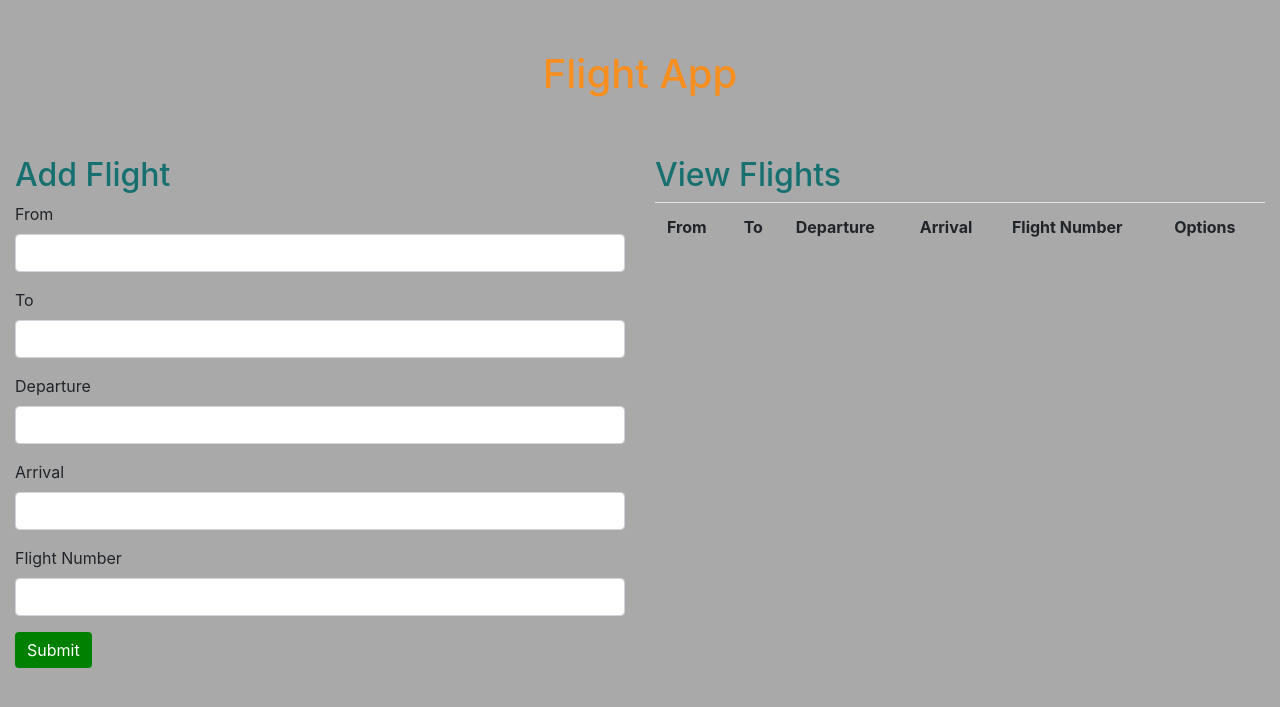
Repository: OperationKen/FlightAPI
Page: flight-api/src/main/webapp/flight/index.html
The author's editor kept a copy of each file at every save. The page is drawn from the files as they stood at one save, then again after the next save.
The browser window is 1280 px wide. The pictures show the whole page.
The page's requests for data from a server got no answer.

Above is the page before, as saved 2021-08-04 23:54:47.
Console error (its wording comes from the project's code and is left out).

### flight-api/src/main/webapp/flight/index.html
<!DOCTYPE html>
<html>
    <head>
        <title>Flight</title>
        <link rel="stylesheet" href="https://cdn.jsdelivr.net/npm/bootstrap@4.5.3/dist/css/bootstrap.min.css" integrity="sha384-TX8t27EcRE3e/ihU7zmQxVncDAy5uIKz4rEkgIXeMed4M0jlfIDPvg6uqKI2xXr2" crossorigin="anonymous">
        <link rel="stylesheet" href="styles.css" />
        <style>
            #flight-list {
                background-color: #3b444b;
            }
            .boxes {
                padding: 50px;
            }
            .submit-button{
                background-color: green;
                border: black;
            }
            .delete-button{
                background-color: #bf0000;
                border: black;
            }
            .edit-button{
                background-color: #1E90FF;
                border: black;
            }
        </style>
    </head>
    <body style="background-color:darkgrey;">
        </body>
    <body>
        <div class="container-fluid">
            <div><h1>Flight App</h1></div>
            <div class="row">
                <div class="col-lg-6">
                    <h2>Add Flight</h2>
                    <form id="add-flight" method="post" action ="/flight-api/flight">
                        <div class="form-group">
                            <label>From</label>
                            <input class="form-control" id="fromAirport" type="text" />
                        </div>
                        <div class="form-group">
                            <label>To</label>
                            <input class="form-control" id="toAirport" type="text" />
                        </div>
                        <div class="form-group">
                            <label>Departure</label>
                            <input class="form-control" id="departure" type="text" />
                        </div>
                        <div class="form-group">
                            <label>Arrival</label>
                            <input class="form-control" id="arrival" type="text" />
                        </div>
                        <div class="form-group">
                            <label>Flight Number</label>
                            <input class="form-control" id="flightNumber" type="text" />
                        </div>
                        <div>
                            <input class="btn btn-primary submit-button" type="submit" value="Submit" />
                        </div>
                    </form>
                </div>
                <div id="flight-data" class="col-lg-6">
                    <h2>View Flights</h2>
                    <table class="table" id="flight-data">
                        <tr><th>From</th><th>To</th><th>Departure</th><th>Arrival</th><th>Flight Number</th><th>Options</th></tr>
                        <tbody id = "flightTable">
                            <!-- Function to GET and populate table -->
                        </tbody>
                    </table>
                </div>
            </div>
        </div>
        </body>
    <script type="text/javascript">

        //Add in the Element
    	document.getElementById('add-flight').addEventListener('submit', function(){
            event.preventDefault();
    		var to_form = document.getElementById('toAirport').value;
    		var from_form = document.getElementById('fromAirport').value;
    		var depart_form = document.getElementById('departure').value;
    		var arrive_form = document.getElementById('arrival').value;
    		var flightNum_form = document.getElementById('flightNumber').value;
    		var flight = {
                toAirport: to_form,
                fromAirport: from_form,
                departure: depart_form,
                arrival: arrive_form,
                flightNumber: flightNum_form
    		};
            console.log('Send: ' + flight);
            var xhr = new XMLHttpRequest;
            xhr.onreadystatechange = function(){
                if(xhr.readyState === 4 && xhr.status === 201){
                    window.alert('Success!');
                }
            }
            xhr.open('POST', '/flight-api/flight');
            xhr.send(JSON.stringify(flight));
    	});

        window.onload = function(){
            let xhr = new XMLHttpRequest();
            xhr.onreadystatechange = function(response){
                if(xhr.readyState === 4){
                    console.log(xhr.responseText)
                    var flightArray = JSON.parse(xhr.responseText)
                    flightArray.forEach(flight => {
                        addFlightsRecordToTable(flight)
                    })
                }
            }
            xhr.open('GET', '/flight-api/flight');
            xhr.send();

            function addFlightsRecordToTable(flight){
                var table = document.getElementById('flightTable')
                var row = `<tr id = "${flight.id}">
                                <td>${flight.fromAirport}</td>
                                <td>${flight.toAirport}</td>
                                <td>${flight.departure}</td>
                                <td>${flight.arrival}</td>
                                <td>${flight.flightNumber}</td>
                                <td><input type="button" value="Delete Row" class="btn btn-primary delete-button" onclick="DeleteRowFunc(${flight.id})"> <input type="button" value="EditThis" class="btn btn-primary edit-button" onclick="editDisplay(${flight.id})"></td>
                           </tr>`
                    table.innerHTML += row
            }
        }

        function DeleteRowFunc(id){
            document.getElementById(id).remove();
            console.log('Delete: ' + id);
            var xhr = new XMLHttpRequest;
            xhr.onreadystatechange = function(){
                if(xhr.readyState === 4 && xhr.status === 201){
                    window.alert('Success Deleteo!');
                }
            }
            xhr.open('DELETE', '/flight-api/flight');
            xhr.send(JSON.stringify(id));
        }

        function editDisplay(id){
            console.log("epic");
            document.getElementById(id)
            location.reload(); //reload the table with new data
        }
        </script>
</html>

### flight-api/src/main/webapp/flight/styles.css
h1 {
    color: #f78f20;
    text-align: center;
    padding: 50px;
}
h2 {
    color:#177070;
}

After the next save:
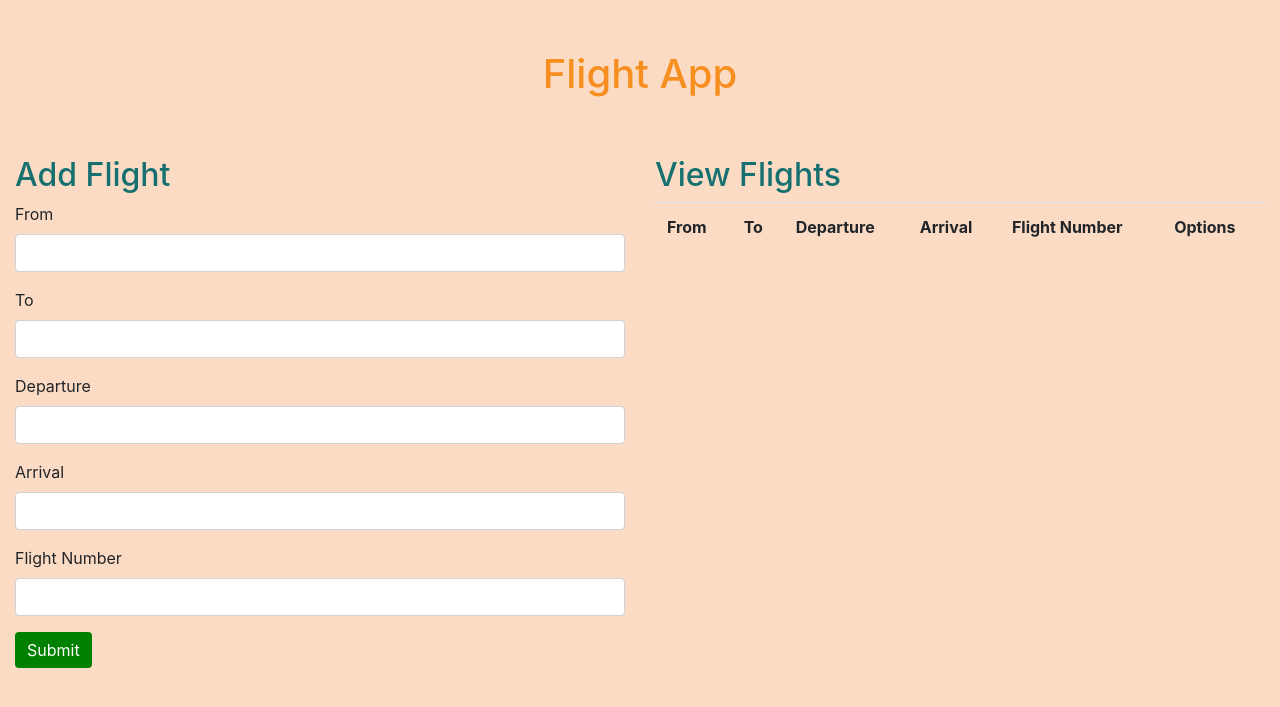
Saved 92 s later.
--- a/flight-api/src/main/webapp/flight/index.html
+++ b/flight-api/src/main/webapp/flight/index.html
@@ -25,7 +25,7 @@
             }
         </style>
     </head>
-    <body style="background-color:darkgrey;">
+    <body style="background-color:#FCDBC4;">
         </body>
     <body>
         <div class="container-fluid">
